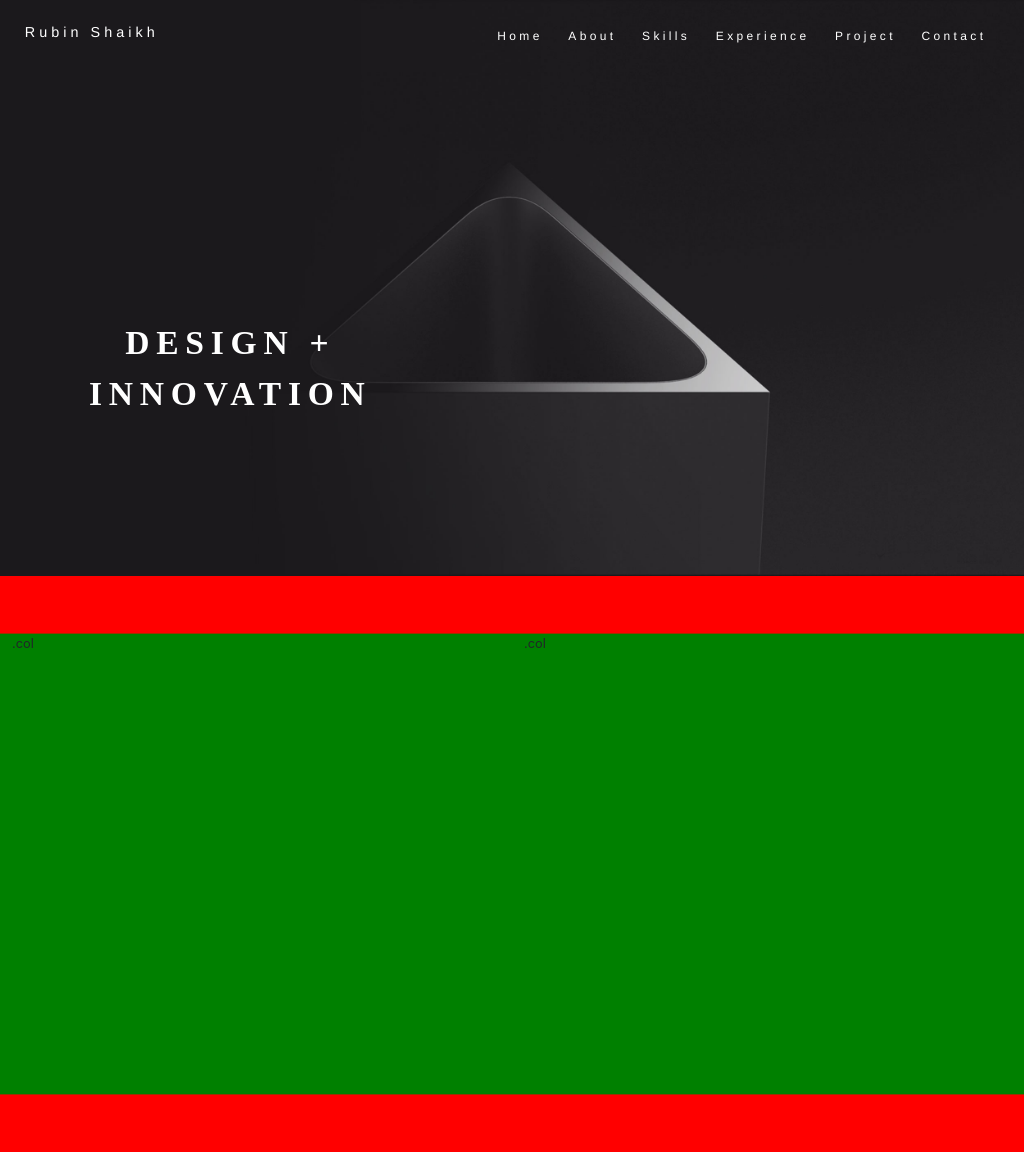
Repository: Rubin78/My-Portfolio
Page: /second
These files come from the project's save history. The page is drawn as it stood at one moment and after the next save; the edit follows.
The browser window is 1280 px wide. The pictures show the whole page, at 80% of full size.
The project was rebuilt for these pictures with package versions that can differ from the ones it lists, and the page was loaded fresh each time. Also part of the build but not shown: src/components/First/First.module.css, src/components/First/First.js, src/components/Third.js.

Above is the page before, as saved 2020-07-21 18:22:39.

### src/App.js
import React from 'react';

// import './App.css';

import { BrowserRouter as Router, Switch, Route } from "react-router-dom";
import First from './components/First/First';
import Second from './components/Second';
import Third from './components/Third';
function App() {
  return (
    <Router>
        <div className="App">

          <Switch>
            <Route exact path="/" component={First} />
            <Route exact path="/second" component={Second} />
            <Route exact path="/third" component={Third} />



            <Route render={() => <h2>404 Page Not Found</h2>} />
          </Switch>
        </div>
      </Router>
  );
}

export default App;

### src/components/Second.js
// import React, { Component } from 'react';
// import { Link } from "react-router-dom";
// class Second extends Component {
//     render() {
//         console.log(this.props);
//         return (




//             <div>
//                 <Link to="/third" >Go to the third page</Link>

//         <div>{this.props.location.state}</div>
//             </div>
//         );
//     }
// }

// export default Second;








import React, { useState } from 'react';
import {
  Collapse,
  Navbar,
  NavbarToggler,
  NavbarBrand,
  Nav,
  NavItem,
  NavLink,
  UncontrolledDropdown,
  DropdownToggle,
  DropdownMenu,
  DropdownItem,
  NavbarText
} from 'reactstrap';
import { Container, Row, Col} from 'reactstrap';
import styles  from '../components/Second.css'
import hero1 from '../assests/hero1.jpg';
import { Hidden } from '@material-ui/core';


const Example = (props) => {
  const [isOpen, setIsOpen] = useState(false);

  const toggle = () => setIsOpen(!isOpen);

  return (
<div>
    <Container fluid  className="containerBody2" style={{  backgroundImage:`url(${hero1})`,backgroundColor:'red'}} >
    <div style={{backgroundColor:'transparent',height:90,display:'flex'}}>


      <Navbar color="red" light expand="md"  style={{display:'flex',flex:1,position:'sticky'}} >
        <NavbarBrand href="/"><h4  className="textheader1" >Rubin Shaikh</h4></NavbarBrand>
        <NavbarToggler onClick={toggle} style={{color:'white',backgroundColor:'#F5F5F5'}} />
        <Collapse isOpen={isOpen} navbar >
          <Nav className="mr-auto" navbar>



         </Nav>

         <NavLink  href="/components/"  className="textheader" >Home</NavLink>
         <NavLink href="/components/" className="textheader">About</NavLink>
          <NavLink href="/components/" className="textheader">Skills</NavLink>
          <NavLink href="/components/" className="textheader">Experience</NavLink>
          <NavLink href="/components/" className="textheader">Project</NavLink>
          <NavLink href="/components/" className="textheader">Contact</NavLink>
        </Collapse>
      </Navbar>
    </div>


<Col sm="5"  style={{ display:'flex',flex:1,
alignItems:'space-between',justifyContent:'center',paddingLeft:40,}}>
<div style={{display:'flex',height:450,flexDirection:'column',justifyContent:'flex-end',alignItems:'flex-start',marginBottom:20,}} >

    <div style={{color:'white',fontSize:42,textAlign:'center',fontFamily:"Patua One",fontWeight:"bolder",letterSpacing:'.20em'}} >
    {/* <div style={{color:'#ffffff',fontSize:15,textAlign:"left",letterSpacing:'.1em',paddingLeft:60}}>HELLO,</div> */}

      DESIGN +
   <p style={{paddingBottom:-15}}>INNOVATION</p></div>
    {/* <button onClick={this.submitHandler} >go to second page</button> */}
    </div>
</Col>
    </Container>


<Container fluid  className="container2">
<Row >
        <Col md="6" sm="6" className="container2column" >.col</Col>
        <Col md="6" sm="6" className="container2column" >.col</Col>



      </Row>
</Container>

    </div>
  );
}

export default Example;

### src/components/Second.css

.containerBody2{



    background-position: center;
    background-size: cover;
    background-repeat: 'no-repeat';
    height: 100vh;
    width: calc(100vw -12px);
    overflow: hidden;
    position: relative;
background-color: black;

}


.container2{

    height: 100vh;
    width: calc(100vw -12px);
    overflow: hidden;
    background-color: red;

position: relative;

align-items: center;
display: flex;
}


.textheader{


  color: white;
  font-size: 15px;
font-family: "Gotham-Medium","Helvetica Neue","sans-serif";
letter-spacing: .28em;
}



.textheader1{


    color: white;
    font-size: 18px;
  font-family: "Gotham-Medium","Helvetica Neue","sans-serif";
  letter-spacing: .28em;
  }




.textcolor{
font-size: 45px;
margin-bottom: 20px;
letter-spacing: -1px;
font-family: "Gotham-Bold","Helvetica Neue",sans-serif;


background-color: red;


}


.container2row{

display: flex;
flex: 1;

justify-content: center;
align-items: center;
height: 100vh;
background-color: blue;

}


.container2column{

    height: 80vh;
    width: 50vw;
    background-color: green;
}

Loaded but not shown: public/index.html (common file); src/index.js (common file); src/index.css (common file); src/serviceWorker.js (common file)

After the next save:
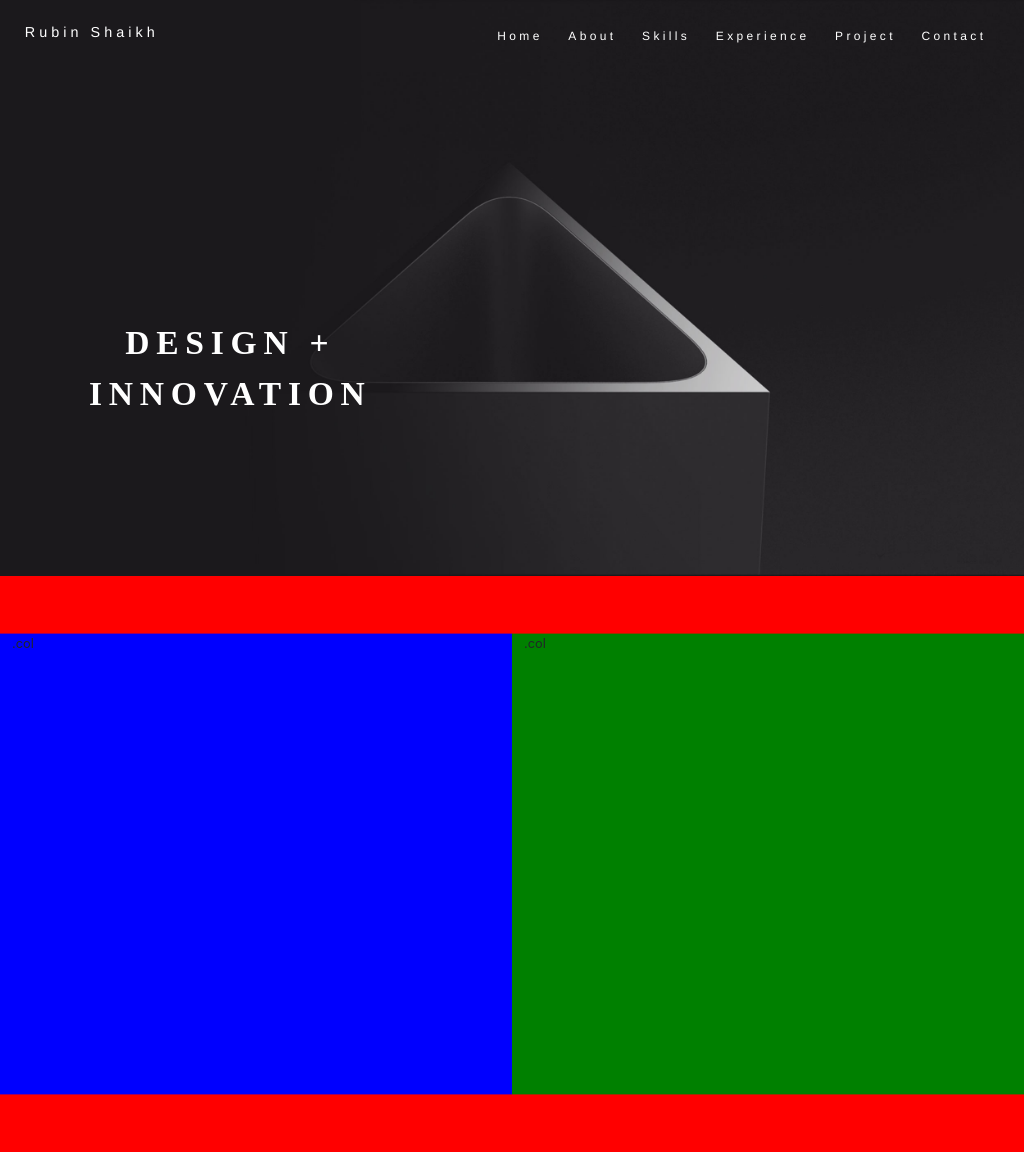
Saved 24 s later.
--- a/src/components/Second.js
+++ b/src/components/Second.js
@@ -96,7 +96,7 @@
 
 <Container fluid  className="container2">
 <Row >
-        <Col md="6" sm="6" className="container2column" >.col</Col>
+        <Col md="6" sm="6" className="container2column" style={{backgroundColor:"blue"}} >.col</Col>
         <Col md="6" sm="6" className="container2column" >.col</Col>
 
 
